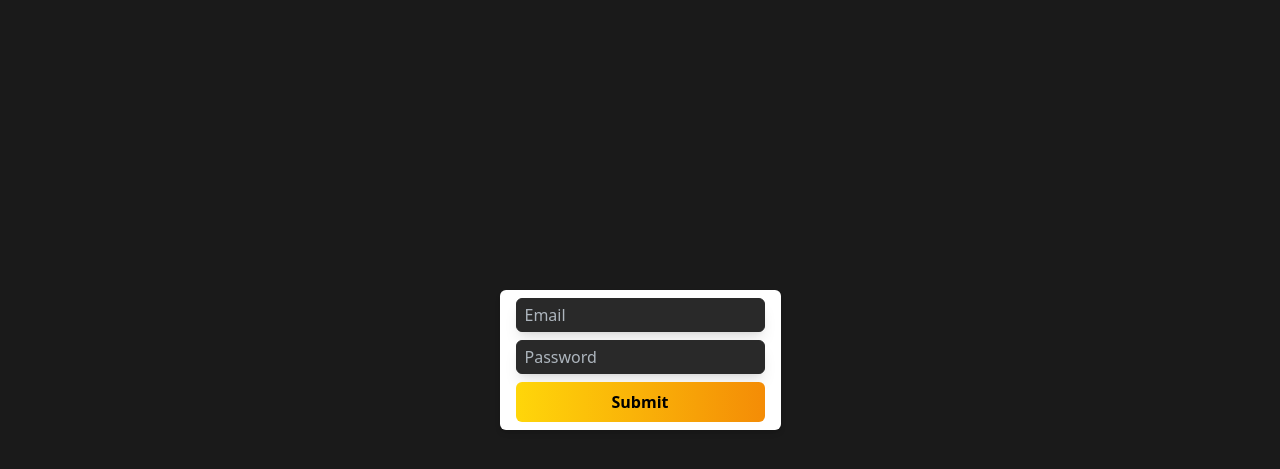
Repository: s-babaeizadeh/react-hook-form-with--zod-validation
Page: /
An editor plug-in stored every save of this project. The page is shown before and after the next save, followed by the edit.
The browser window is 1280 px wide. The pictures show the whole page.
The project was rebuilt for these pictures with package versions that can differ from the ones it lists, and the page was loaded fresh each time. Also part of the build but not shown: vite.config.ts.

Above is the page before, as saved 2024-08-13 19:45:32.

After the next save:
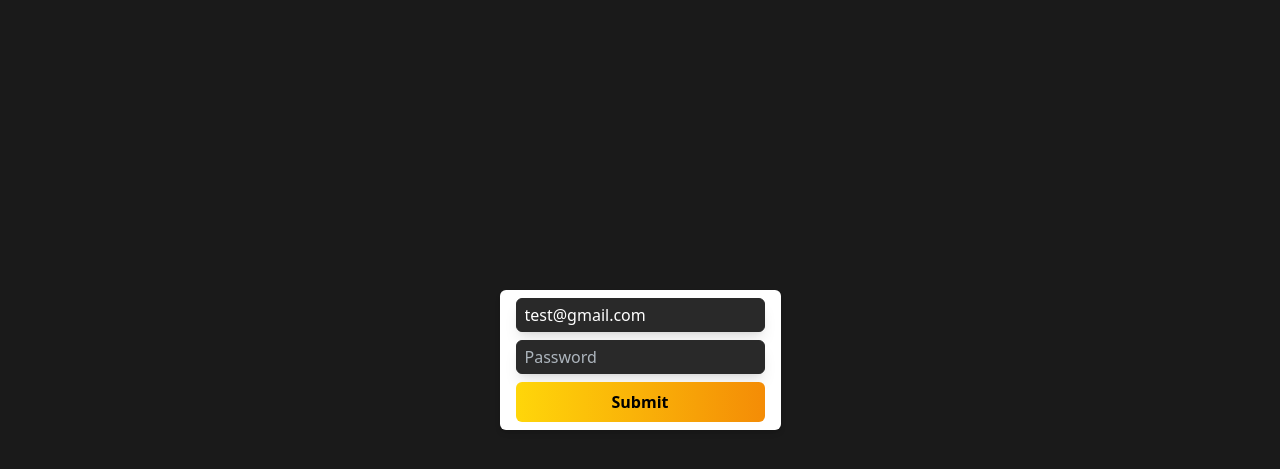
Saved 45 s later.
--- a/src/components/HookForm.tsx
+++ b/src/components/HookForm.tsx
@@ -19,7 +19,11 @@ const HookForm = () => {
     handleSubmit,
     setError,
     formState: { errors, isSubmitting },
-  } = useForm<FormFields>();
+  } = useForm<FormFields>({
+    defaultValues: {
+      email: "test@gmail.com",
+    },
+  });
 
   const onSubmit: SubmitHandler<FormFields> = (data) => {
     console.log(data);
